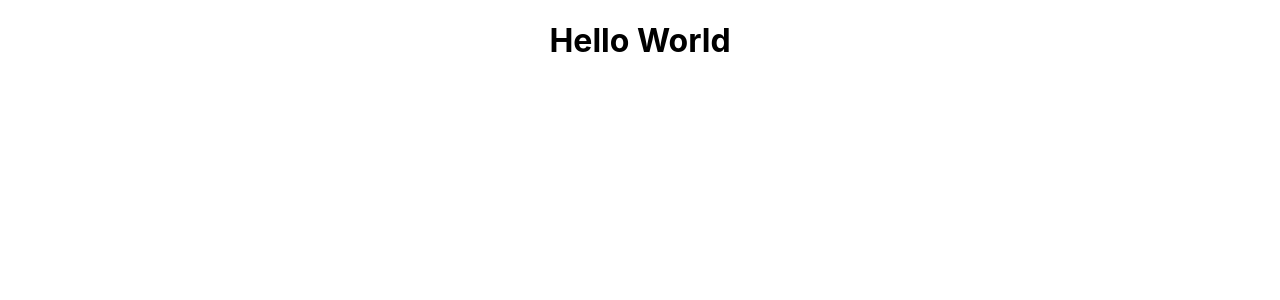
Repository: DeepikaSuretek/React
Page: / (app in practice-app/)
These files come from the project's save history. The page is drawn as it stood at one moment and after the next save; the edit follows.
The browser window is 1280 px wide. The pictures show the whole page.
The project was rebuilt for these pictures with package versions that can differ from the ones it lists, and the page was loaded fresh each time.

Above is the page before, as saved 2024-07-08 19:24:49.

### practice-app/src/App.js
import './App.css';
//import User from './class-component/class';
import User from './functional-component/function'

function App() {
  return (
    <div className="App">
     <h1>Hello World</h1>
     <User />
    </div>
  );
}

export default App;

### practice-app/src/App.css
.App {
  text-align: center;
}

.App-logo {
  height: 40vmin;
  pointer-events: none;
}

@media (prefers-reduced-motion: no-preference) {
  .App-logo {
    animation: App-logo-spin infinite 20s linear;
  }
}

.App-header {
  background-color: #282c34;
  min-height: 100vh;
  display: flex;
  flex-direction: column;
  align-items: center;
  justify-content: center;
  font-size: calc(10px + 2vmin);
  color: white;
}

.App-link {
  color: #61dafb;
}

@keyframes App-logo-spin {
  from {
    transform: rotate(0deg);
  }
  to {
    transform: rotate(360deg);
  }
}

.loader{
  height: 100px;
  width: 100px;
  border: 8px solid;
  border-color: black black black red;
  border-radius: 50%;
  animation: App-logo-spin 2s linear infinite;
}

### practice-app/src/functional-component/function.js
import { useState } from "react";

function User() {
    const [count] = useState();
    return(
        <h1>{count} </h1>
    )
}

export default User;

Loaded but not shown: practice-app/public/index.html (common file); practice-app/src/index.js (common file); practice-app/src/index.css (common file); practice-app/src/reportWebVitals.js (common file)

After the next save:
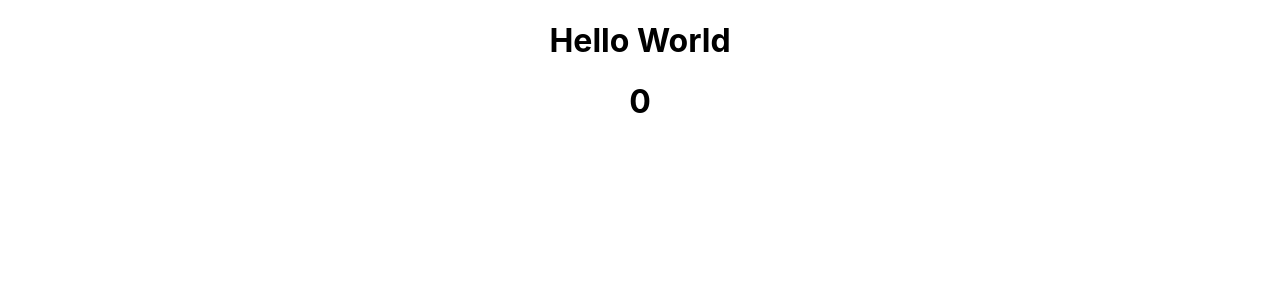
Saved 6 s later.
--- a/practice-app/src/functional-component/function.js
+++ b/practice-app/src/functional-component/function.js
@@ -1,7 +1,7 @@
 import { useState } from "react";
 
 function User() {
-    const [count] = useState();
+    const [count] = useState(0);
     return(
         <h1>{count} </h1>
     )
